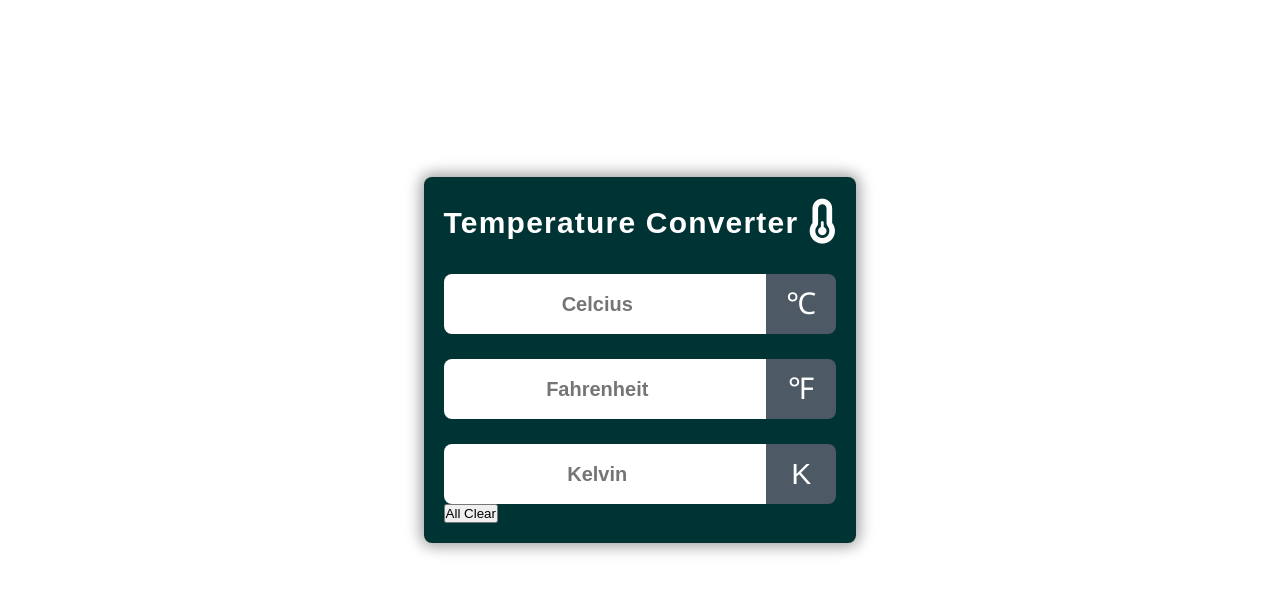
Repository: kiranjeetkaur01/tempconverter.github.io
Page: index.html
An editor plug-in stored every save of this project. The page is shown before and after the next save, followed by the edit.
The browser window is 1280 px wide. The pictures show the whole page.

Above is the page before, as saved 2023-09-27 13:02:12.

### index.html
<!DOCTYPE html>
<html lang="en">
  <head>
    <meta charset="UTF-8" />
    <meta name="viewport" content="width=device-width, initial-scale=1.0" />
    <title>Temperature Converter</title>
    <link rel="stylesheet" href="style.css" />
    <link
      rel="stylesheet"
      href="https://cdnjs.cloudflare.com/ajax/libs/font-awesome/6.4.2/css/all.min.css"
      integrity="sha512-z3gLpd7yknf1YoNbCzqRKc4qyor8gaKU1qmn+CShxbuBusANI9QpRohGBreCFkKxLhei6S9CQXFEbbKuqLg0DA=="
      crossorigin="anonymous"
      referrerpolicy="no-referrer" />
  </head>
  <body>
    <div class="container">
      <div class="title">
        <h1>Temperature Converter</h1>
        <span class="temperature-icon"
          ><i class="fa-solid fa-temperature-quarter"></i></span>
      </div>
      <div id="celcius">
        <input type="number" name="" placeholder="Celcius">
        <span class="icon">&#8451</span>
      </div>

      <div id="fahrenheit">
        <input type="number" name="" placeholder="Fahrenheit">
        <span class="icon">&#8457</span>
      </div>

      <div id="kelvin">
        <input type="number" name="" placeholder="Kelvin">
        <span class="icon">&#8490</span>
      </div>
      <div class="button">
        <button>All Clear</button>
      </div>
    </div>
  </div>
  </body>
</html>

### style.css
* {
  margin: 0;
  padding: 0;
  box-sizing: border-box;
}

body {
  display: flex;
  justify-content: center;
  align-items: center;
  min-height: 100vh;
}
.container {
  max-width: 450px;
  background: #003333;
  border-radius: 8px;
  box-shadow: 0px 0px 15px 3px rgba(0, 0, 0, 0.4);
  font-family: sans-serif;
  padding: 20px;
}
.title {
  display: flex;
  justify-content: center;
  align-items: center;
  flex-wrap: wrap-reverse;
  gap: 10px;
}
.temperature-icon {
  font-size: 45px;
  color: #fff;
}
h1 {
  color: #fff;
  letter-spacing: 1.2px;
  font-size: 30px;
}
#celcius,
#fahrenheit,
#kelvin {
  display: flex;
  justify-content: center;
  align-items: center;
  margin-top: 25px;
}

input {
  flex: 5;
  height: 60px;
  font-size: 20px;
  font-weight: 600;
  text-align: center;
  border: none;
  outline: none;
  border-radius: 8px 0 0 8px;
  padding: 0 10px;
}

.icon {
  flex: 1;
  height: 60px;
  line-height: 60px;
  padding: 0 5px;
  text-align: center;
  font-size: 30px;
  background: #4d5964;
  color: #fff;
  border-radius: 0 8px 8px 0;
}

After the next save:
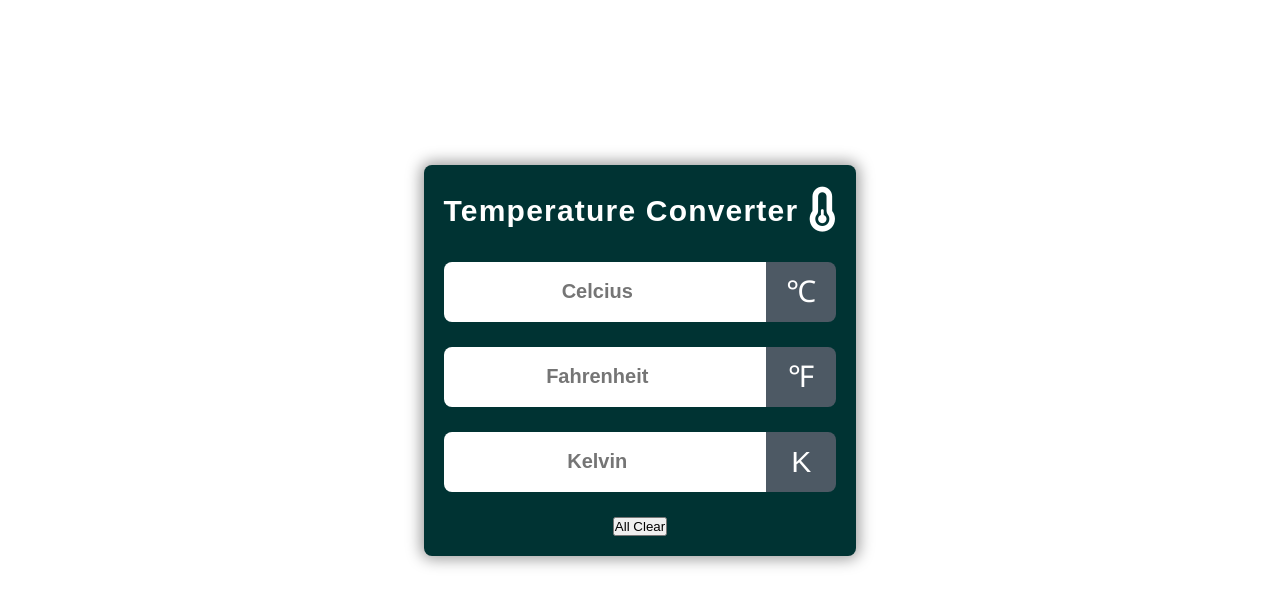
Saved 47 s later.
--- a/style.css
+++ b/style.css
@@ -66,3 +66,7 @@ input {
   color: #fff;
   border-radius: 0 8px 8px 0;
 }
+.button {
+  margin-top: 25px;
+  text-align: center;
+}
